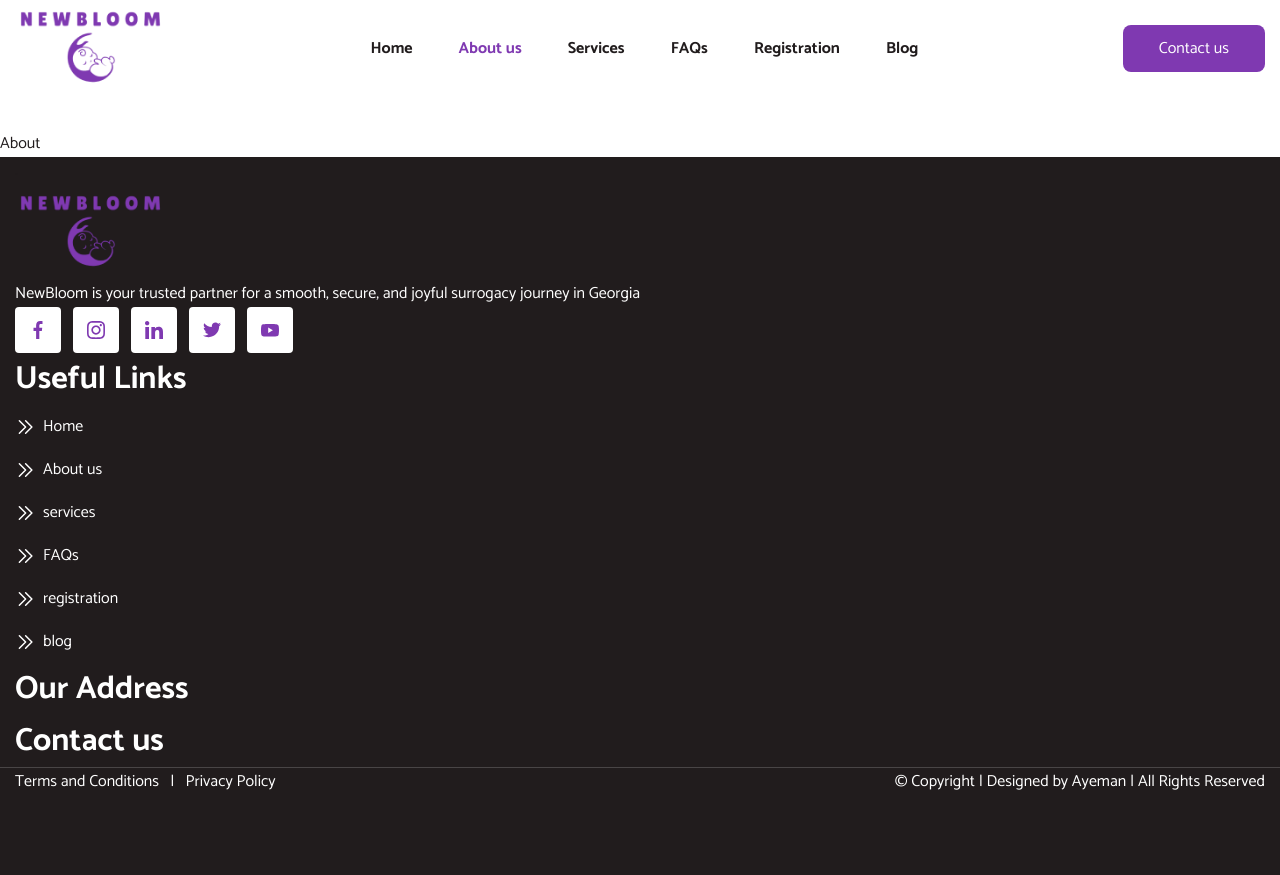
Repository: LenarTulupov/bloom
Page: /about
These files come from the project's save history. The page is drawn as it stood at one moment and after the next save; the edit follows.
The browser window is 1280 px wide. The pictures show the whole page.
The project was rebuilt for these pictures with package versions that can differ from the ones it lists, and the page was loaded fresh each time. The framework's server and built-in components were replaced by stand-ins that run in the browser. Also part of the build but not shown: next.config.ts.

Above is the page before, as saved 2024-12-28 10:46:18.

After the next save:
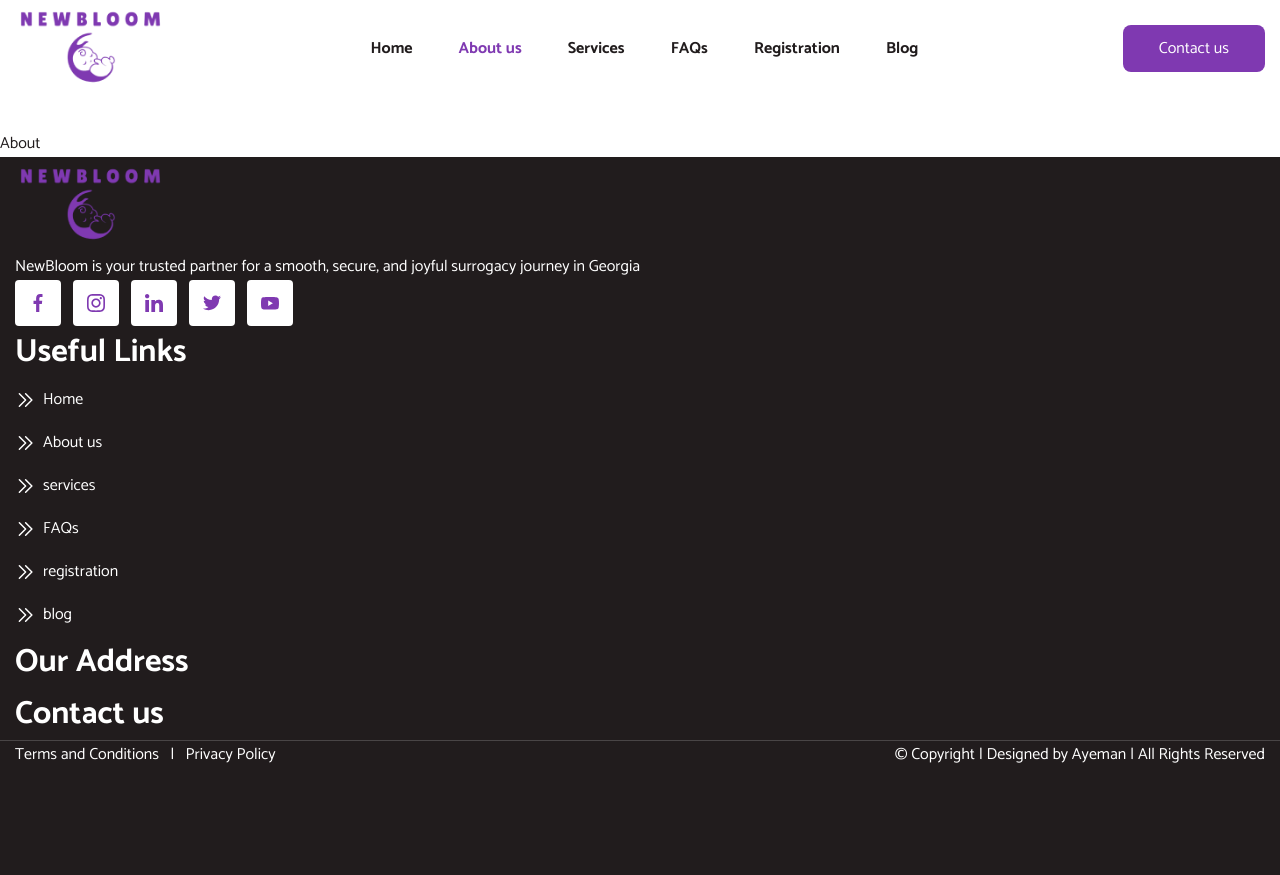
Saved 4 s later.
--- a/src/components/ui/footer/footer.tsx
+++ b/src/components/ui/footer/footer.tsx
@@ -11,7 +11,7 @@ export default function Footer() {
   return (
     <footer className={styles.footer}>
       <Container>
-        .{styles.footer__content}
+        <div className={styles.footer__content}></div>
         <FooterCompany />
         <FooterLinks />
         <FooterAddress />
